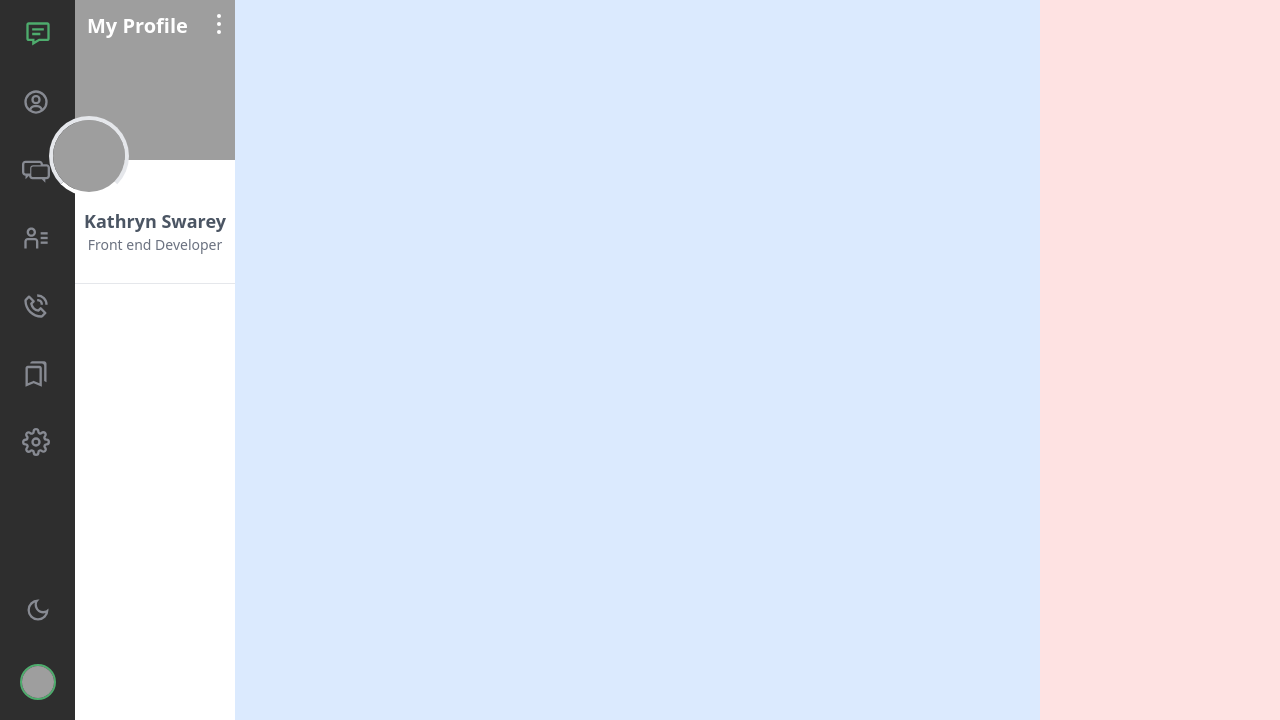
Repository: satya-ranjon/Chat-app
Page: /
The author's editor kept a copy of each file at every save. The page is drawn from the files as they stood at one save, then again after the next save.
The browser window is 1280 px wide. The pictures show the whole page.
Pictures or frames that could not be fetched are drawn as grey boxes. The project was rebuilt for these pictures with package versions that can differ from the ones it lists, and the page was loaded fresh each time.

Above is the page before, as saved 2022-03-31 04:02:47.

### src/index.js
import * as ReactDOMClient from "react-dom/client";
import "./index.css";
import App from "./App";

const root = ReactDOMClient.createRoot(document.getElementById("root"));
root.render(<App />);

### src/App.jsx
import React from "react";
// import Chats from "./components/Chats/Chats";
import MyProfile from "./components/MyProfile/MyProfile";
import SideBarManu from "./components/SideBarManu";
import UserChat from "./components/UserChat";
import UserProfileSidebar from "./components/UserProfileSidebar";

export default function App() {
  return (
    <div className="flex">
      <SideBarManu />
      {/* <Chats /> */}
      <MyProfile />
      <UserChat />
      <UserProfileSidebar />
    </div>
  );
}

### src/components/MyProfile/MyProfile.jsx
import React from "react";
import UserImage from "../UserImage";
const Image =
  "https://img.freepik.com/free-photo/modern-living-room-interior-with-sofa-green-plants-lamp-table-dark-wall-background_41470-1528.jpg?w=996&t=st=1648676636~exp=1648677236~hmac=3f890077ce9371578c992216baf3e8f401b234873628a920daaf2d4174ff41ce";

export default function MyProfile() {
  return (
    <div className="sm:w-[160px] h-screen w-[160px] ">
      <div className="border-b-[1px] pb-7">
        <div className="relative mb-12">
          <img src={Image} alt={Image} className="w-full h-40" />
          <UserImage className="w-16 h-16 sm:w-20 sm:h-20 rounded-full absolute sm:-bottom-9  -bottom-7 sm:right-[6.6rem]  right-12  border-4 border-b-white" />
          <p className=" absolute top-0 left-0 p-3 text-white font-semibold text-xl">
            My Profile
          </p>
          <div className="flex flex-col top-0 right-0 absolute p-3 cursor-pointer">
            <p className="bg-white w-1 h-1 rounded-full m-[2px]"></p>
            <p className="bg-white w-1 h-1 rounded-full m-[2px]"></p>
            <p className="bg-white w-1 h-1 rounded-full m-[2px]"></p>
          </div>
        </div>
        <p className="text-[18px] text-gray-600 text-center font-semibold">
          Kathryn Swarey
        </p>
        <p className="text-sm text-gray-500 text-center">Front end Developer</p>
      </div>
    </div>
  );
}

### src/components/SideBarManu.jsx
import React, { useState } from "react";
import { BiMessageDetail, BiUserCircle, BiPhoneCall } from "react-icons/bi";
import { TiMessages } from "react-icons/ti";
import { CgUserList } from "react-icons/cg";

import {
  MdOutlineBookmarks,
  MdOutlineDarkMode,
  MdOutlineLightMode,
} from "react-icons/md";
import { FiSettings } from "react-icons/fi";
import UserImage from "./UserImage";

export default function SideBarManu() {
  const [toggle, setToggle] = useState(true);
  return (
    <div className="w-[75px] h-screen bg-[#2e2e2e] flex flex-col justify-between">
      <div className="flex flex-col">
        <BiMessageDetail
          color="#4eac6d"
          className="text-center  m-5 cursor-pointer mx-auto "
          size={28}
        />
        <div
          className={` ${
            toggle ? `border-[#2e2e2e]` : `border-[#4eac6d]`
          } border-r-4 transition-all duration-200  `}
          onClick={() => setToggle((prev) => !prev)}
        >
          <BiUserCircle
            color={toggle ? `#878a92` : `#4eac6d`}
            className="text-center  m-5 cursor-pointer mx-auto   "
            size={28}
          />
        </div>
        <div className="border-r-4 border-[#2e2e2e] transition-all duration-200 ">
          <TiMessages
            color="#878a92"
            className="text-center  m-5 cursor-pointer mx-auto"
            size={28}
          />
        </div>
        <div className="border-r-4 border-[#2e2e2e] transition-all duration-200 ">
          <CgUserList
            color="#878a92"
            className="text-center  m-5 cursor-pointer mx-auto"
            size={28}
          />
        </div>
        <div className="border-r-4 border-[#2e2e2e] transition-all duration-200 ">
          <BiPhoneCall
            color="#878a92"
            className="text-center  m-5 cursor-pointer mx-auto"
            size={28}
          />
        </div>
        <div className="border-r-4 border-[#2e2e2e] transition-all duration-200 ">
          <MdOutlineBookmarks
            color="#878a92"
            className="text-center  m-5 cursor-pointer mx-auto"
            size={28}
          />
        </div>
        <div className="border-r-4 border-[#2e2e2e] transition-all duration-200 ">
          <FiSettings
            color="#878a92"
            className="text-center  m-5 cursor-pointer mx-auto"
            size={28}
          />
        </div>
      </div>
      <div className="flex flex-col">
        <MdOutlineDarkMode
          color="#878a92"
          className="text-center  m-5 cursor-pointer mx-auto"
          size={28}
        />
        {/* <MdOutlineLightMode
          color="#878a92"
          className="text-center  m-5 cursor-pointer mx-auto"
          size={28}
        /> */}
        <UserImage className="w-9 h-9 rounded-full mx-auto  m-5 border-2 border-[#4eac6d]" />
      </div>
    </div>
  );
}

### src/components/UserChat.jsx
import React from "react";

export default function UserChat() {
  return <div className="flex-grow h-screen bg-blue-100"></div>;
}

### src/components/UserProfileSidebar.jsx
import React from "react";

export default function UserProfileSidebar() {
  return <div className="w-60 h-screen bg-red-100"></div>;
}

### src/components/UserImage.jsx
import React from "react";

export default function UserImage({ className }) {
  return (
    <img
      className={className}
      src="https://media.istockphoto.com/photos/smiling-man-outdoors-in-the-city-picture-id1179420343"
      alt="profile pic"
    />
  );
}

Loaded but not shown: public/index.html (common file); src/index.css (common file); tailwind.config.js (common file)

After the next save:
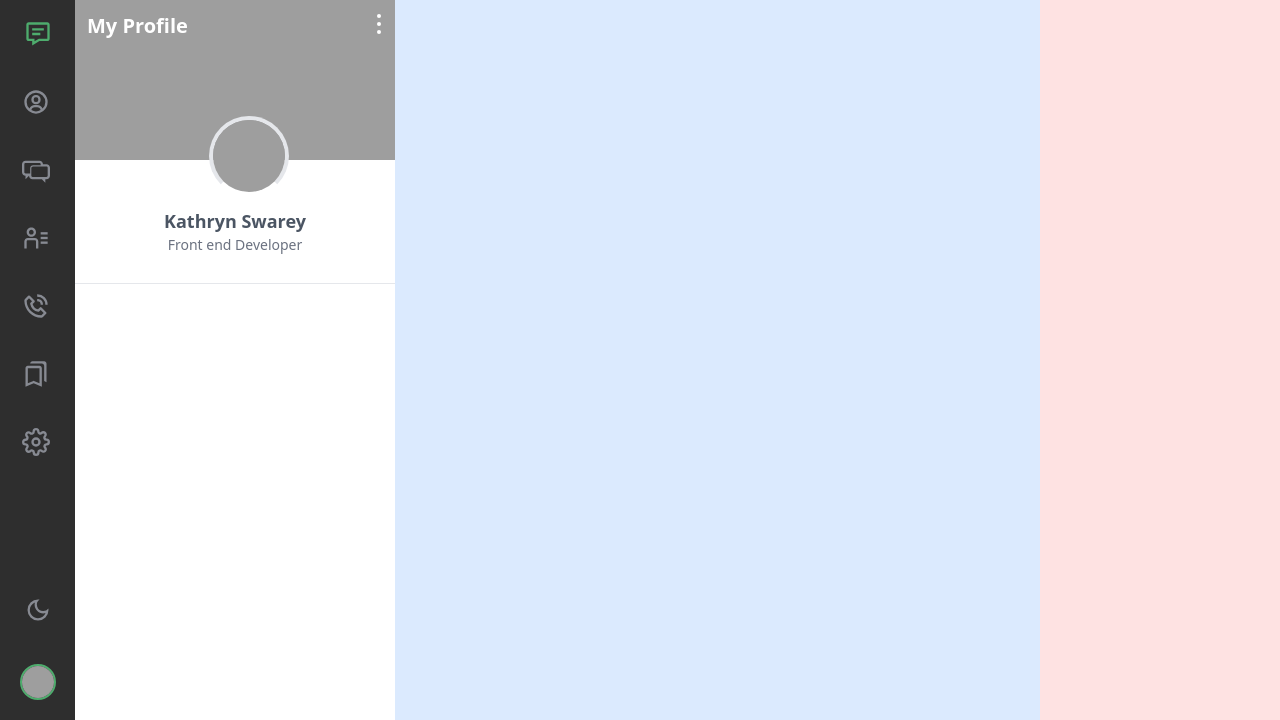
Saved 6 s later.
--- a/src/components/MyProfile/MyProfile.jsx
+++ b/src/components/MyProfile/MyProfile.jsx
@@ -5,7 +5,7 @@
 
 export default function MyProfile() {
   return (
-    <div className="sm:w-[160px] h-screen w-[160px] ">
+    <div className="sm:w-80 h-screen w-40 ">
       <div className="border-b-[1px] pb-7">
         <div className="relative mb-12">
           <img src={Image} alt={Image} className="w-full h-40" />

After the save that followed:
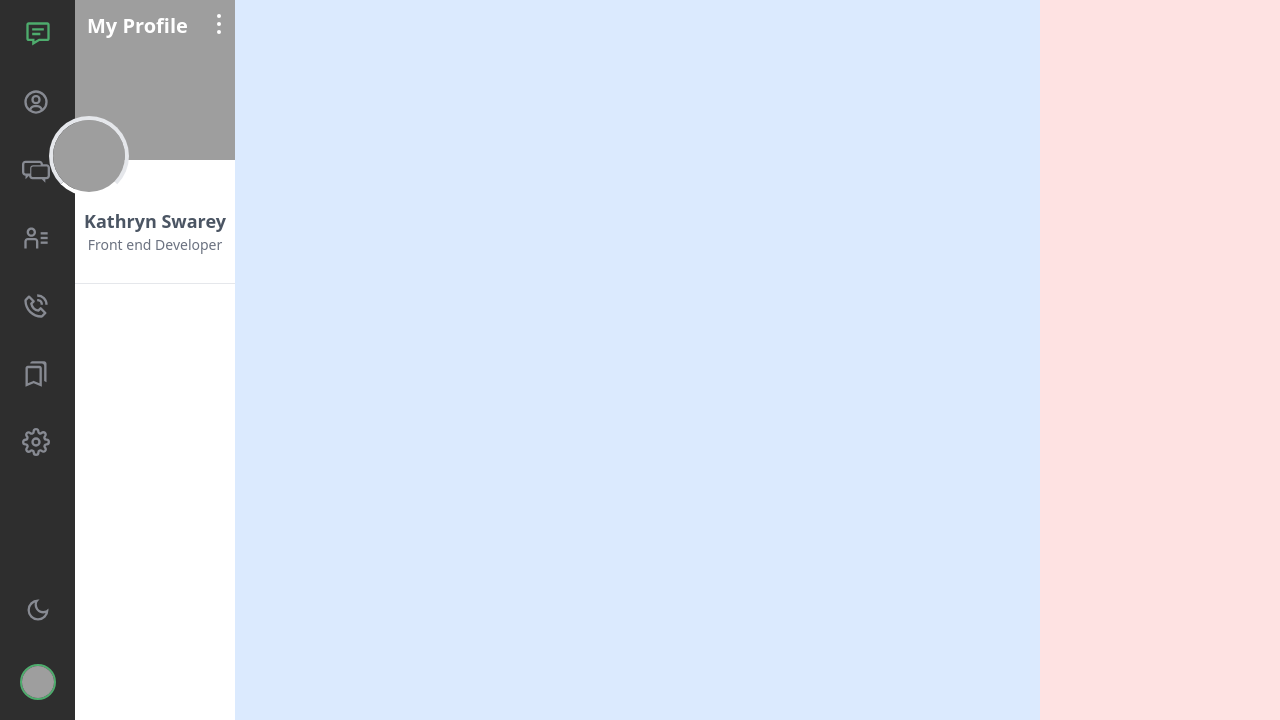
Saved 6 s later.
--- a/src/components/MyProfile/MyProfile.jsx
+++ b/src/components/MyProfile/MyProfile.jsx
@@ -5,7 +5,7 @@
 
 export default function MyProfile() {
   return (
-    <div className="sm:w-80 h-screen w-40 ">
+    <div className="sm:w-76 h-screen w-40 ">
       <div className="border-b-[1px] pb-7">
         <div className="relative mb-12">
           <img src={Image} alt={Image} className="w-full h-40" />
